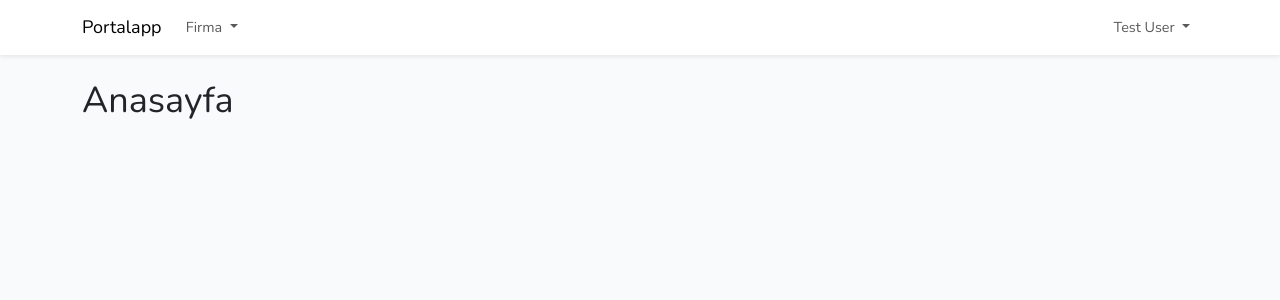
Repository: oguzhansade/portalapp
Page: http://localhost/
The author's editor kept a copy of each file at every save. The page is drawn from the files as they stood at one save, then again after the next save.
The browser window is 1280 px wide. The pictures show the whole page.
The page is served by the project's Laravel application, run on PHP 8.4 with Laravel 9. A made-up administrator, Test User (test@example.com), is signed in. Style sheets and scripts are compiled from the project's sources, by tool versions that may differ from the author's. Queries for data that is not in the repository find no rows.

Above is the page before, as saved 2023-06-22 21:59:04.

After the next save:
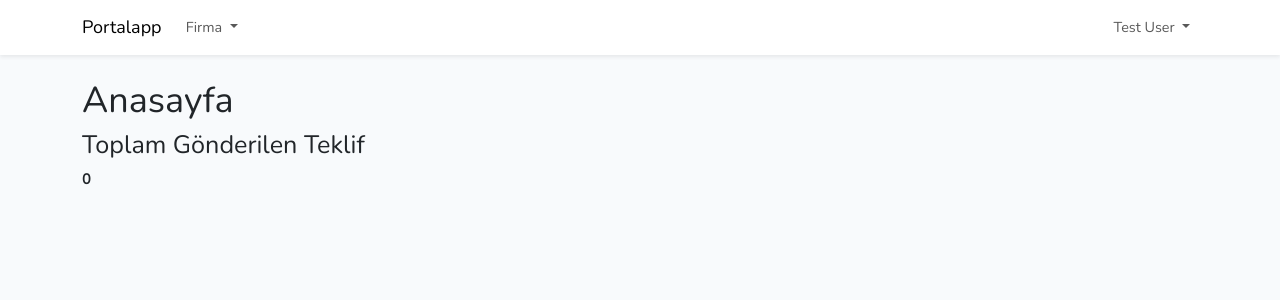
Saved 24 s later.
--- a/resources/views/front/home/index.blade.php
+++ b/resources/views/front/home/index.blade.php
@@ -6,5 +6,11 @@
                 <h1>Anasayfa</h1>
             </div>
         </div>
+        <div class="row">
+            <div class="col-md-12">
+                <h3>Toplam Gönderilen Teklif</h3>
+                <strong>{{ \App\Models\OfferFirma::getOfferTotal() }}</strong>
+            </div>
+        </div>
     </div>
 @endsection
